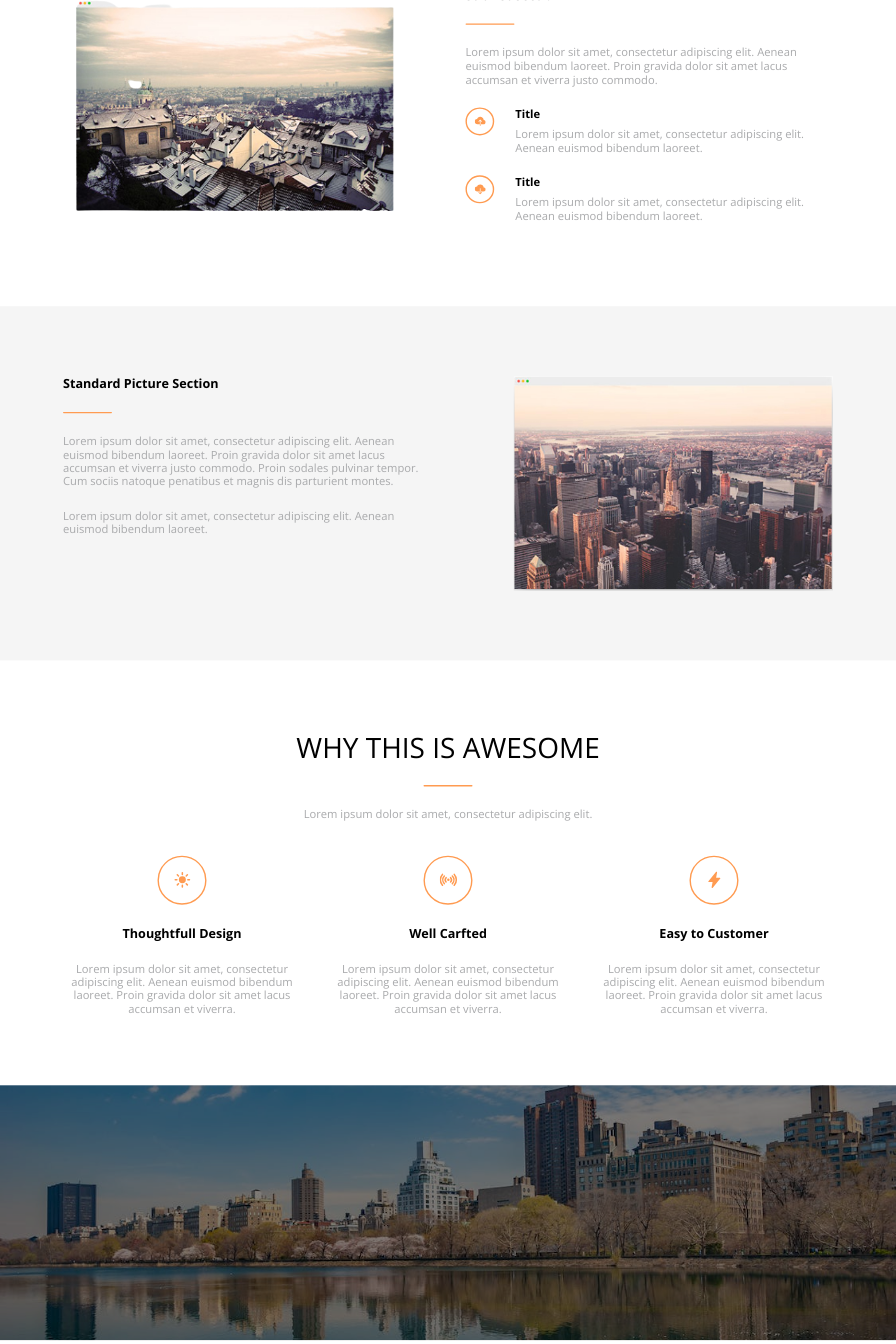
Repository: dinhtri123/axureThems
Page: index.html
The author's editor kept a copy of each file at every save. The page is drawn from the files as they stood at one save, then again after a run of saves.
The browser window is 1280 px wide. The pictures show the part of the page from y = 1298 to 3218 px (the page is 3218 px tall), at 70% of full size.

Above is the page before, as saved 2023-02-11 16:36:23.

After the next 2 saves:
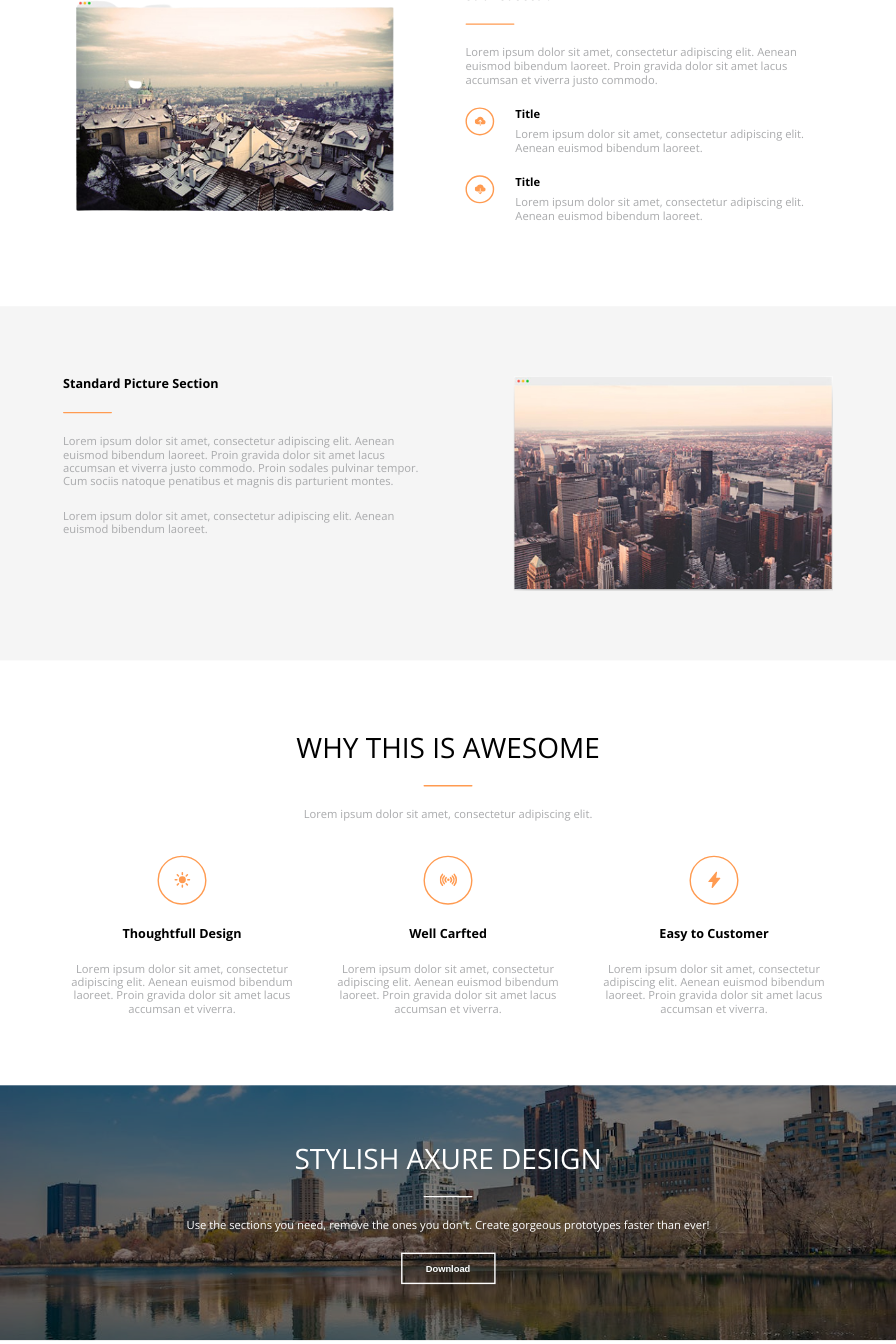
The 2 saves are shown as one change because they came seconds apart.
The last was saved 21 s later.
--- a/style.css
+++ b/style.css
@@ -373,6 +373,7 @@ h2 {
   width: 100%;
   height: 100%;
   filter: brightness(0.5);
+  z-index: -1;
 }
 .stylishBanner img {
   width: 100%;
